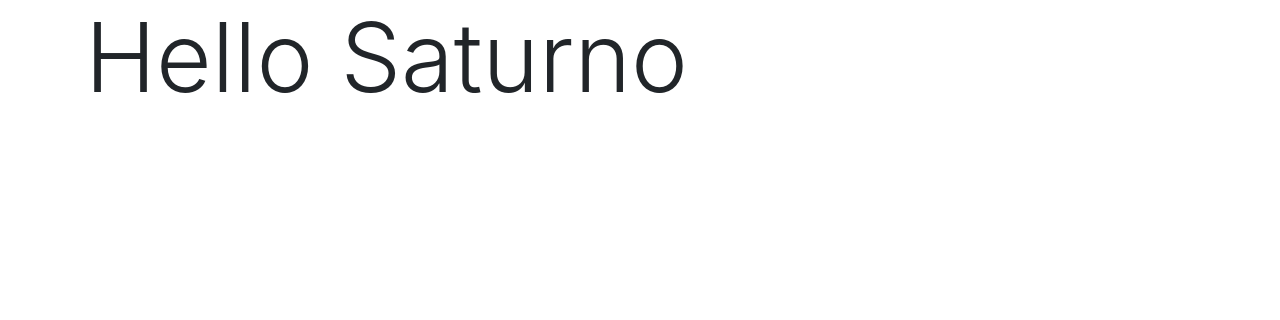
Repository: resttechsolutions/onlineStore
Page: home.html
An editor plug-in stored every save of this project. The page is shown before and after a run of saves, followed by the edit.
The browser window is 1280 px wide. The pictures show the whole page.

Above is the page before, as saved 2020-09-05 18:11:29.

### home.html
<!DOCTYPE html>
<html lang="en">

    <head>
        <meta charset="UTF-8">
        <meta name="viewport" content="width=device-width, initial-scale=1.0">
        <title>Pagina de Login</title>
        <link rel="stylesheet"
            href="Assets/Lib/Bootstrap/css/bootstrap.css">
        <link rel="stylesheet" href="Assets/Css/home.css">
    </head>

    <body>
        <div class="container">
            <h1 class="display-1">Hello Saturno</h1>
        </div>

        <!-- Libs -->
        <script src="Assets/Lib/jQuery/jquery-3.5.1.min.js"></script>
        <script src="Assets/Js/login.js"></script>

    </body>

</html>

### Assets/Js/login.js
$('#login-btn').click(function(){
    let _username = $('#UserName').val();
    let _password = $('#Password').val();

    if (_username == '' || _password == '') {
        $('#divError').show();
        $('#divError').removeClass().addClass('alert');
        $('#divError').addClass('alert-warning');
        $('#divError').html('<strong>Alerta!</strong> Usuario y Clave Son Requeridos');

        return;

    }

    // Call Login Fucnction
    var result = doLogin(_username, _password);

    //Show Hidden Div
    $('#divError').show();

    //Remove All CSS Class And Alert Class
    $('#divError').removeClass().addClass('alert');
    if (!result) {
        //Add error Div Class
        $('#divError').addClass('alert-danger');
        //Write in to html
        $('#divError').html('<strong>Error!</strong> Credenciales Invalidas.');
        return;
    }

    //All is OK
    $('#login-btn').fadeOut(1000);

    //Add Success Div div Class
    $('#divError').addClass('alert-success');

    //Write in to HTML Div
    $('#divError').html('<strong>CREDENCIALES VALIDAS!</strong> Usuario y Clave Correcta');

    //Call Timeout from javascript and set two seconds from execute
    setTimeout(function(){
        //Set or Update Local Storage Variable
        localStorage.setItem('UserIsValid', 1);
        //Redirect to HTML HomePage
        window.location.href = 'home.html'
    }, 2000)
})

function doLogin(username, password){
    if (username == 'admin' && password == 'admin') {
        return true;
    }
    return false;
}

Loaded but not shown: Assets/Lib/Bootstrap/css/bootstrap.css (library); Assets/Lib/jQuery/jquery-3.5.1.min.js (library); Assets/Css/home.css (no stored copy; drawn as an empty file)

After the next 2 saves:
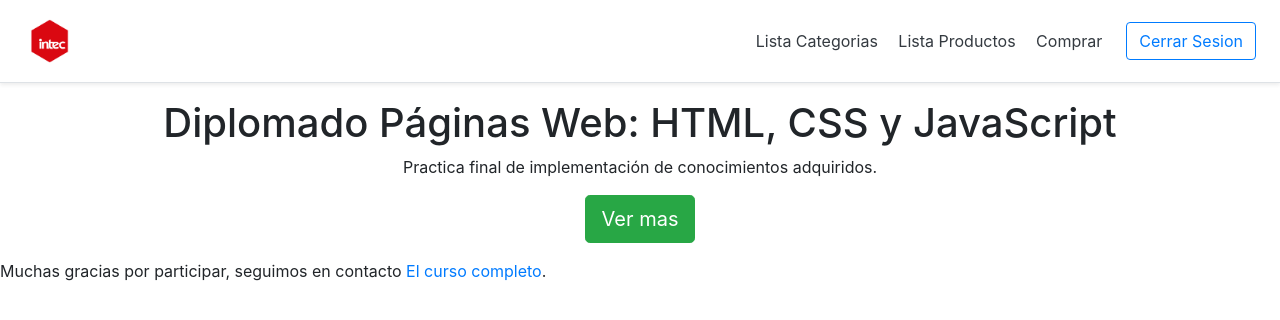
The 2 saves are shown as one change because they came seconds apart.
The last was saved 66 s later.
--- a/home.html
+++ b/home.html
@@ -1,24 +1,37 @@
 <!DOCTYPE html>
 <html lang="en">
+<head>
+    <meta charset="UTF-8">
+    <meta name="viewport" content="width=device-width, initial-scale=1.0">
+    <title>HomePage</title>
+    <link rel="stylesheet" href="Assets/Lib/Bootstrap/css/bootstrap.css">
+</head>
+<body>
+    <div class="d-flex flex-column flex-md-row align-items-center p-3 px-md-4 mb-3 bg-white border-bottom shadow-sm">
+        <h5 class="my-0 mr-md-auto font-weight-normal">
+            <img src="Assets/Img/logo-intec.jpg" style="height:50px" alt="Avatar" class="avatar">
+        </h5>
+        <nav class="my-2 my-md-0 mr-md-3">
+            <a class="p-2 text-dark" href="#">Lista Categorias</a>
+            <a class="p-2 text-dark" href="#">Lista Productos</a>
+            <a class="p-2 text-dark" href="#">Comprar</a>
 
-    <head>
-        <meta charset="UTF-8">
-        <meta name="viewport" content="width=device-width, initial-scale=1.0">
-        <title>Pagina de Login</title>
-        <link rel="stylesheet"
-            href="Assets/Lib/Bootstrap/css/bootstrap.css">
-        <link rel="stylesheet" href="Assets/Css/home.css">
-    </head>
+        </nav>
+        <a class="btn btn-outline-primary" href="#">Cerrar Sesion</a>
+    </div>
 
-    <body>
-        <div class="container">
-            <h1 class="display-1">Hello Saturno</h1>
+    <main role="main" class="text-center">
+        <div id="divError" style="display: none" class="alert"></div>
+        <div id="PageOk">
+            <h1 class="cover-heading">Diplomado Páginas Web: HTML, CSS y JavaScript</h1>
+            <p>Practica final de implementación de conocimientos adquiridos.</p>
+            <p class="lead">
+                <a href="#" class="btn btn-lg btn-success">Ver mas</a>
+            </p>
         </div>
-
-        <!-- Libs -->
-        <script src="Assets/Lib/jQuery/jquery-3.5.1.min.js"></script>
-        <script src="Assets/Js/login.js"></script>
-
-    </body>
-
+    </main>
+    <footer>
+        <p>Muchas gracias por participar, seguimos en contacto <a href="#">El curso completo</a>.</p>
+    </footer>
+</body>
 </html>
